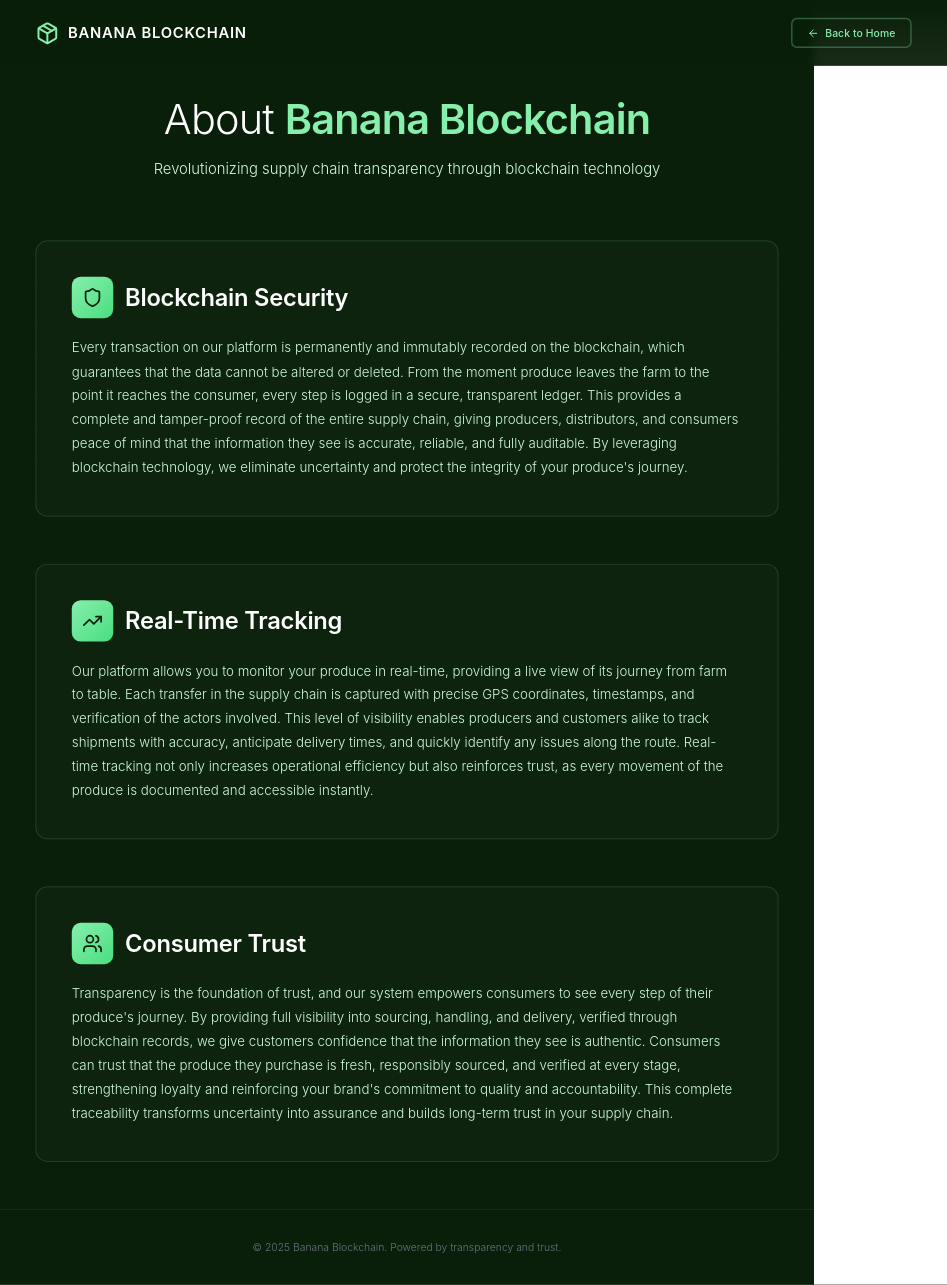
Repository: Ypout07/cornhacks
Page: / (app in frontend/), after clicking the first element matching `header > div`
The author's editor kept a copy of each file at every save. The page is drawn from the files as they stood at one save, then again after the next save.
The browser window is 1280 px wide. The pictures show the whole page, at 74% of full size.
An inner scrolling area shows only its first screen. The project was rebuilt for these pictures with package versions that can differ from the ones it lists, and the page was loaded fresh each time. Also part of the build but not shown: frontend/vite.config.js, frontend/src/pages/GlobeJourneyView.jsx, frontend/src/pages/ProducerPortal.jsx.

Above is the page before, as saved 2025-11-09 01:14:25.

### frontend/index.html
<!doctype html>
<html lang="en">
  <head>
    <link href="https://fonts.googleapis.com/css2?family=Playfair+Display:wght@500;700&display=swap" rel="stylesheet">
    <meta charset="UTF-8" />
    <link rel="icon" type="image/svg+xml" href="/vite.svg" />
    <meta name="viewport" content="width=device-width, initial-scale=1.0" />
    <title>frontend</title>
  </head>
  <body>
    <div id="root"></div>
    <script type="module" src="/src/main.jsx"></script>
  </body>
</html>

### frontend/src/main.jsx
import React from 'react';
import { createRoot } from 'react-dom/client';
import App from './App.jsx';
import './index.css';

const root = createRoot(document.getElementById('root'));
root.render(
  <React.StrictMode>
    <App />
  </React.StrictMode>
);

### frontend/src/App.jsx
// ============================================================================
// App.jsx
// ============================================================================
import React, { useState } from 'react';
import { AboutPage } from "./pages/AboutPage";
import { GlobeJourneyView } from "./pages/GlobeJourneyView";
import { LogisticsPortal } from "./pages/LogisticsPortal";
import { ProducerPortal } from "./pages/ProducerPortal";

export default function App() {
  const [page, setPage] = useState('home');
  const [pageData, setPageData] = useState(null);

  const handleSetPage = (newPage, data = null) => {
    setPage(newPage);
    setPageData(data);
  };

  return (
    <>
      {page === 'home' && <LogisticsPortal setPage={handleSetPage} />}
      {page === 'producer' && <ProducerPortal setPage={handleSetPage} />}
      {page === 'customer' && <GlobeJourneyView setPage={handleSetPage} data={pageData} />}
      {page === 'about' && <AboutPage setPage={handleSetPage} />}

    </>
  );
}

### frontend/src/pages/AboutPage.jsx
// ============================================================================
// AboutPage.jsx
// ============================================================================
import { ArrowLeft, Package, Shield, TrendingUp, Users } from 'lucide-react';
import React from 'react';

export function AboutPage({ setPage }) {
  return (
    <div style={{
      background: '#0a1f0a',
      minHeight: '100vh',
      color: 'white',
      fontFamily: "'Inter', -apple-system, BlinkMacSystemFont, 'Segoe UI', sans-serif",
      overflow: 'auto'
    }}>
      {/* Header */}
      <header style={{
        position: 'fixed',
        top: 0,
        left: 0,
        right: 0,
        padding: '1.5rem 3rem',
        display: 'flex',
        justifyContent: 'space-between',
        alignItems: 'center',
        zIndex: 20,
        background: 'rgba(10, 31, 10, 0.95)',
        backdropFilter: 'blur(6px)'
      }}>
        <div
          onClick={() => setPage('home')}
          style={{
            display: 'flex',
            alignItems: 'center',
            gap: '0.75rem',
            cursor: 'pointer',
            transition: 'all 0.3s'
          }}
          onMouseEnter={(e) => {
            e.currentTarget.style.opacity = '0.8';
          }}
          onMouseLeave={(e) => {
            e.currentTarget.style.opacity = '1';
          }}
        >
          <Package size={32} color="#86efac" strokeWidth={2} />
          <span style={{ fontSize: '1.25rem', fontWeight: '600', color: 'white', letterSpacing: '0.05em' }}>BANANA BLOCKCHAIN</span>
        </div>
        <button
          onClick={() => setPage('home')}
          style={{
            background: 'none',
            border: '2px solid rgba(134, 239, 172, 0.3)',
            color: '#86efac',
            padding: '0.5rem 1.25rem',
            borderRadius: '0.5rem',
            fontSize: '0.875rem',
            fontWeight: '500',
            cursor: 'pointer',
            display: 'flex',
            alignItems: 'center',
            gap: '0.5rem',
            transition: 'all 0.3s',
            letterSpacing: '0.01em'
          }}
          onMouseEnter={(e) => {
            e.currentTarget.style.borderColor = '#86efac';
            e.currentTarget.style.background = 'rgba(134, 239, 172, 0.1)';
          }}
          onMouseLeave={(e) => {
            e.currentTarget.style.borderColor = 'rgba(134, 239, 172, 0.3)';
            e.currentTarget.style.background = 'none';
          }}
        >
          <ArrowLeft size={16} strokeWidth={2} />
          Back to Home
        </button>
      </header>

      {/* Top fade overlay */}
      <div style={{
        position: 'fixed',
        top: 0,
        left: 0,
        right: 0,
        height: '5rem',
        zIndex: 15,
        pointerEvents: 'none',
        background: 'linear-gradient(180deg, #0a1f0a 0%, rgba(10,31,10,0) 100%)'
      }} />

      {/* Main Content */}
      <div style={{
        paddingTop: '8rem',
        paddingBottom: '4rem',
        minHeight: '100vh'
      }}>
        <div style={{
          position: 'absolute',
          inset: 0,
          backgroundImage: 'radial-gradient(circle at 2px 2px, rgba(134, 239, 172, 0.03) 1px, transparent 0)',
          backgroundSize: '48px 48px',
          opacity: 0.4,
          pointerEvents: 'none'
        }} />

        <div style={{
          maxWidth: '1100px',
          margin: '0 auto',
          padding: '0 3rem',
          position: 'relative',
          zIndex: 1
        }}>
          {/* Title Section */}
          <div style={{ textAlign: 'center', marginBottom: '5rem' }}>
            <h1 style={{
              fontSize: '3.5rem',
              fontWeight: '300',
              marginBottom: '1rem',
              lineHeight: '1.2',
              letterSpacing: '-0.02em',
              color: 'white'
            }}>
              About <span style={{ fontWeight: '600', color: '#86efac' }}>Banana Blockchain</span>
            </h1>
            <p style={{
              fontSize: '1.25rem',
              color: '#d1fae5',
              fontWeight: '300',
              lineHeight: '1.7',
              maxWidth: '800px',
              margin: '0 auto'
            }}>
              Revolutionizing supply chain transparency through blockchain technology
            </p>
          </div>

          {/* Content Sections */}
          <div style={{ display: 'flex', flexDirection: 'column', gap: '4rem' }}>

            {/* Section 1: Blockchain Security */}
            <div style={{
              background: 'rgba(255, 255, 255, 0.02)',
              border: '1px solid rgba(134, 239, 172, 0.2)',
              borderRadius: '1rem',
              padding: '3rem',
              transition: 'all 0.3s'
            }}>
              <div style={{ display: 'flex', alignItems: 'center', gap: '1rem', marginBottom: '1.5rem' }}>
                <div style={{
                  width: '56px',
                  height: '56px',
                  background: 'linear-gradient(135deg, #86efac 0%, #4ade80 100%)',
                  borderRadius: '0.75rem',
                  display: 'flex',
                  alignItems: 'center',
                  justifyContent: 'center',
                  flexShrink: 0
                }}>
                  <Shield size={28} color="#0a1f0a" strokeWidth={2} />
                </div>
                <h2 style={{
                  fontSize: '2rem',
                  fontWeight: '600',
                  color: 'white',
                  letterSpacing: '-0.01em',
                  margin: 0
                }}>
                  Blockchain Security
                </h2>
              </div>
              <p style={{
                fontSize: '1.125rem',
                color: '#d1fae5',
                lineHeight: '1.8',
                fontWeight: '300',
                margin: 0
              }}>
                Every transaction on our platform is permanently and immutably recorded on the blockchain, which guarantees that the data cannot be altered or deleted. From the moment produce leaves the farm to the point it reaches the consumer, every step is logged in a secure, transparent ledger. This provides a complete and tamper-proof record of the entire supply chain, giving producers, distributors, and consumers peace of mind that the information they see is accurate, reliable, and fully auditable. By leveraging blockchain technology, we eliminate uncertainty and protect the integrity of your produce's journey.
              </p>
            </div>

            {/* Section 2: Real-Time Tracking */}
            <div style={{
              background: 'rgba(255, 255, 255, 0.02)',
              border: '1px solid rgba(134, 239, 172, 0.2)',
              borderRadius: '1rem',
              padding: '3rem',
              transition: 'all 0.3s'
            }}>
              <div style={{ display: 'flex', alignItems: 'center', gap: '1rem', marginBottom: '1.5rem' }}>
                <div style={{
                  width: '56px',
                  height: '56px',
                  background: 'linear-gradient(135deg, #86efac 0%, #4ade80 100%)',
                  borderRadius: '0.75rem',
                  display: 'flex',
                  alignItems: 'center',
                  justifyContent: 'center',
                  flexShrink: 0
                }}>
                  <TrendingUp size={28} color="#0a1f0a" strokeWidth={2} />
                </div>
                <h2 style={{
                  fontSize: '2rem',
                  fontWeight: '600',
                  color: 'white',
                  letterSpacing: '-0.01em',
                  margin: 0
                }}>
                  Real-Time Tracking
                </h2>
              </div>
              <p style={{
                fontSize: '1.125rem',
                color: '#d1fae5',
                lineHeight: '1.8',
                fontWeight: '300',
                margin: 0
              }}>
                Our platform allows you to monitor your produce in real-time, providing a live view of its journey from farm to table. Each transfer in the supply chain is captured with precise GPS coordinates, timestamps, and verification of the actors involved. This level of visibility enables producers and customers alike to track shipments with accuracy, anticipate delivery times, and quickly identify any issues along the route. Real-time tracking not only increases operational efficiency but also reinforces trust, as every movement of the produce is documented and accessible instantly.
              </p>
            </div>

            {/* Section 3: Consumer Trust */}
            <div style={{
              background: 'rgba(255, 255, 255, 0.02)',
              border: '1px solid rgba(134, 239, 172, 0.2)',
              borderRadius: '1rem',
              padding: '3rem',
              transition: 'all 0.3s'
            }}>
              <div style={{ display: 'flex', alignItems: 'center', gap: '1rem', marginBottom: '1.5rem' }}>
                <div style={{
                  width: '56px',
                  height: '56px',
                  background: 'linear-gradient(135deg, #86efac 0%, #4ade80 100%)',
                  borderRadius: '0.75rem',
                  display: 'flex',
                  alignItems: 'center',
                  justifyContent: 'center',
                  flexShrink: 0
                }}>
                  <Users size={28} color="#0a1f0a" strokeWidth={2} />
                </div>
                <h2 style={{
                  fontSize: '2rem',
                  fontWeight: '600',
                  color: 'white',
                  letterSpacing: '-0.01em',
                  margin: 0
                }}>
                  Consumer Trust
                </h2>
              </div>
              <p style={{
                fontSize: '1.125rem',
                color: '#d1fae5',
                lineHeight: '1.8',
                fontWeight: '300',
                margin: 0
              }}>
                Transparency is the foundation of trust, and our system empowers consumers to see every step of their produce's journey. By providing full visibility into sourcing, handling, and delivery, verified through blockchain records, we give customers confidence that the information they see is authentic. Consumers can trust that the produce they purchase is fresh, responsibly sourced, and verified at every stage, strengthening loyalty and reinforcing your brand's commitment to quality and accountability. This complete traceability transforms uncertainty into assurance and builds long-term trust in your supply chain.
              </p>
            </div>

          </div>
        </div>
      </div>

      {/* Footer */}
      <footer style={{
        padding: '2.5rem',
        background: '#0a1f0a',
        textAlign: 'center',
        borderTop: '1px solid rgba(134, 239, 172, 0.1)'
      }}>
        <p style={{ color: '#6b7280', fontSize: '0.875rem', fontWeight: '300' }}>
          © 2025 Banana Blockchain. Powered by transparency and trust.
        </p>
      </footer>
    </div>
  );
}

Loaded but not shown: frontend/src/index.css (common file); frontend/tailwind.config.js (common file); frontend/src/apiService.js (64 lines, source omitted); frontend/src/pages/LogisticsPortal.jsx (463 lines, source omitted)

After the next save:
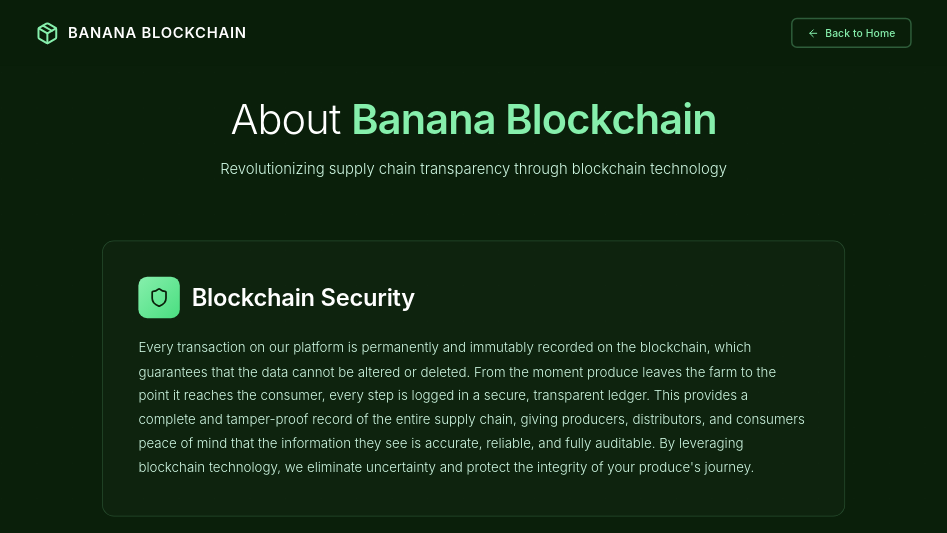
Saved 4 s later.
--- a/frontend/src/pages/AboutPage.jsx
+++ b/frontend/src/pages/AboutPage.jsx
@@ -4,14 +4,32 @@
 import { ArrowLeft, Package, Shield, TrendingUp, Users } from 'lucide-react';
 import React from 'react';
 
-export function AboutPage({ setPage }) {
+export function AboutPage({ setPage, scrollToSection }) {
+  React.useEffect(() => {
+    if (scrollToSection) {
+      // Wait for content to render, then scroll
+      setTimeout(() => {
+        const element = document.getElementById(scrollToSection);
+        if (element) {
+          element.scrollIntoView({ behavior: 'smooth', block: 'center' });
+        }
+      }, 100);
+    }
+  }, [scrollToSection]);
+
   return (
     <div style={{
       background: '#0a1f0a',
       minHeight: '100vh',
+      height: '100vh',
       color: 'white',
       fontFamily: "'Inter', -apple-system, BlinkMacSystemFont, 'Segoe UI', sans-serif",
-      overflow: 'auto'
+      overflow: 'auto',
+      position: 'fixed',
+      top: 0,
+      left: 0,
+      right: 0,
+      bottom: 0
     }}>
       {/* Header */}
       <header style={{
@@ -139,12 +157,13 @@
           <div style={{ display: 'flex', flexDirection: 'column', gap: '4rem' }}>
 
             {/* Section 1: Blockchain Security */}
-            <div style={{
+            <div id="blockchain-security" style={{
               background: 'rgba(255, 255, 255, 0.02)',
               border: '1px solid rgba(134, 239, 172, 0.2)',
               borderRadius: '1rem',
               padding: '3rem',
-              transition: 'all 0.3s'
+              transition: 'all 0.3s',
+              scrollMarginTop: '7rem'
             }}>
               <div style={{ display: 'flex', alignItems: 'center', gap: '1rem', marginBottom: '1.5rem' }}>
                 <div style={{
@@ -181,12 +200,13 @@
             </div>
 
             {/* Section 2: Real-Time Tracking */}
-            <div style={{
+            <div id="real-time-tracking" style={{
               background: 'rgba(255, 255, 255, 0.02)',
               border: '1px solid rgba(134, 239, 172, 0.2)',
               borderRadius: '1rem',
               padding: '3rem',
-              transition: 'all 0.3s'
+              transition: 'all 0.3s',
+              scrollMarginTop: '7rem'
             }}>
               <div style={{ display: 'flex', alignItems: 'center', gap: '1rem', marginBottom: '1.5rem' }}>
                 <div style={{
@@ -223,12 +243,13 @@
             </div>
 
             {/* Section 3: Consumer Trust */}
-            <div style={{
+            <div id="consumer-trust" style={{
               background: 'rgba(255, 255, 255, 0.02)',
               border: '1px solid rgba(134, 239, 172, 0.2)',
               borderRadius: '1rem',
               padding: '3rem',
-              transition: 'all 0.3s'
+              transition: 'all 0.3s',
+              scrollMarginTop: '7rem'
             }}>
               <div style={{ display: 'flex', alignItems: 'center', gap: '1rem', marginBottom: '1.5rem' }}>
                 <div style={{
